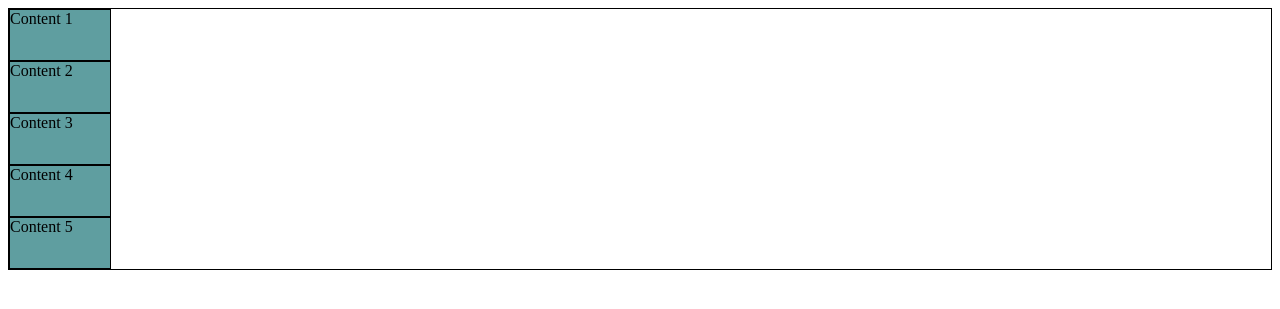
Repository: sammkrt/saltPrecourse
Page: css-trainingGround/cssMarginAndPadding.html
An editor plug-in stored every save of this project. The page is shown before and after the next save, followed by the edit.
The browser window is 1280 px wide. The pictures show the whole page.

Above is the page before, as saved 2022-12-22 10:33:27.

After the next save:
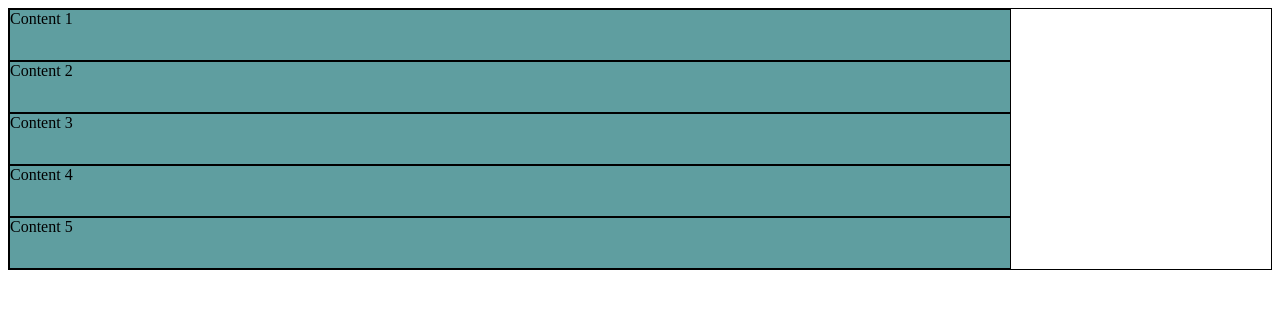
Saved 36 s later.
--- a/css-trainingGround/cssMarginAndPadding.html
+++ b/css-trainingGround/cssMarginAndPadding.html
@@ -9,7 +9,7 @@
 
         div {
             background-color: cadetblue;
-            width: 100px;
+            width: 1000px;
             height: 50px;
             border: 1px solid black;
         }
